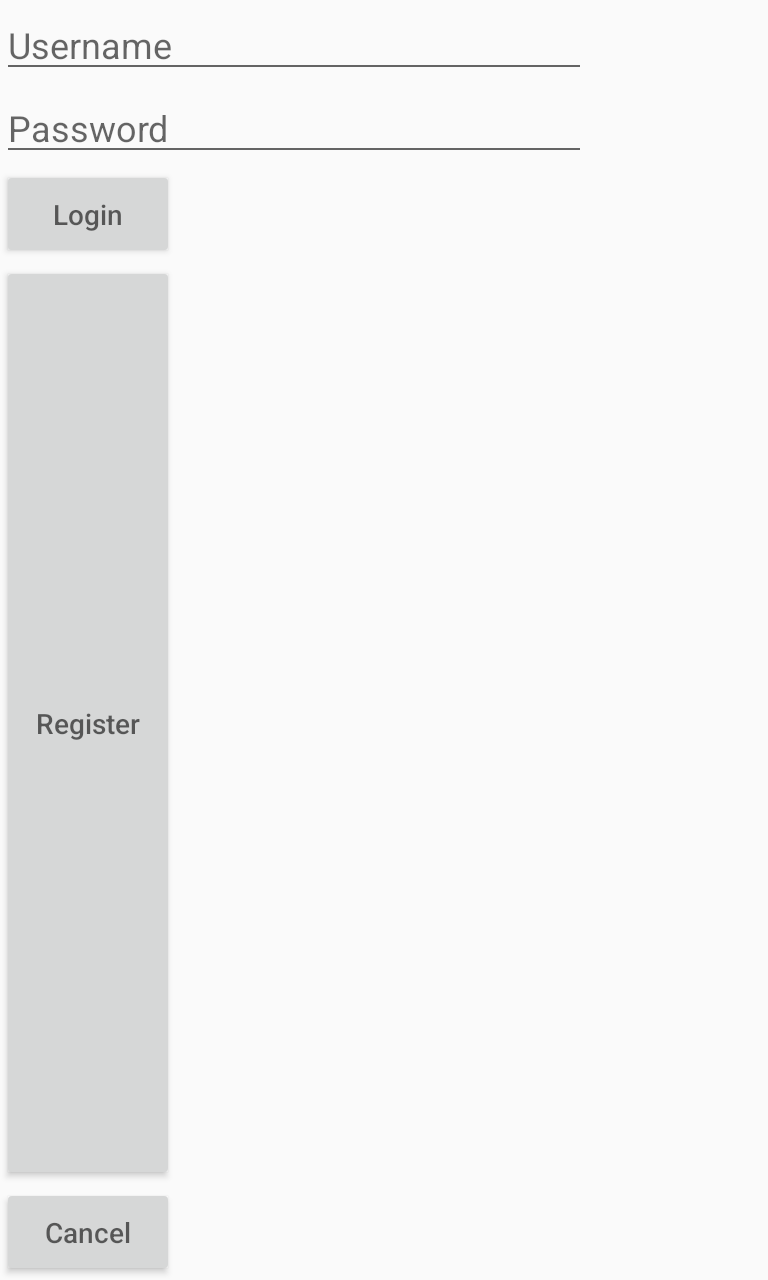
Repository: ostolz/androidteamworker
Layout: Android/TeamPlanBuch/res/layout/activity_login_screen.xml
The author's editor kept a copy of each file at every save. The layout is drawn from the files as they stood at one save, then again after the next save.
It is drawn on a 768 x 1280 px phone screen (xhdpi) without system bars, with theme AppTheme; the app's code is not run.

Above is the layout before, as saved 2014-05-08 10:38:32.

### Android/TeamPlanBuch/res/layout/activity_login_screen.xml
<GridLayout xmlns:android="http://schemas.android.com/apk/res/android"
    xmlns:tools="http://schemas.android.com/tools"
    android:id="@+id/container"
    android:layout_width="match_parent"
    android:layout_height="match_parent"
    android:orientation="vertical"
    tools:context="de.iconiaone.teamplanbuch.LoginScreen"
    tools:ignore="MergeRootFrame" >

    <EditText
        android:id="@+id/username"
        android:layout_width="294dp"
        android:layout_height="wrap_content"
        android:ems="10"
        android:hint="@string/username" />

    <EditText
        android:id="@+id/password"
        android:layout_width="294dp"
        android:layout_height="wrap_content"
        android:ems="10"
        android:hint="@string/password"
        android:inputType="textPassword" />

    <Button
        android:id="@+id/login"
        android:layout_width="wrap_content"
        android:layout_height="wrap_content"
        android:hint="@string/login" />

    <Button
        android:id="@+id/register"
        android:layout_width="wrap_content"
        android:layout_height="wrap_content"
        android:layout_gravity="center_vertical|fill_vertical"
        android:hint="@string/register" />

    <Button
        android:id="@+id/cancel"
        android:layout_width="wrap_content"
        android:layout_height="wrap_content"
        android:hint="@string/cancel" />

</GridLayout>

### Android/TeamPlanBuch/res/values/strings.xml
<?xml version="1.0" encoding="utf-8"?>
<resources>

    <string name="app_name">TeamPlanBuch</string>
    <string name="hello_world">Hello world!</string>
    <string name="action_settings">Settings</string>
    <string name="login">Login</string>
    <string name="username">Username</string>
    <string name="register">Register</string>
    <string name="cancel">Cancel</string>
    <string name="password">Password</string>

</resources>

Loaded but not shown: Android/TeamPlanBuch/res/values/styles.xml (common file); Android/TeamPlanBuch/res/values-v11/styles.xml (common file); Android/TeamPlanBuch/res/values-v14/styles.xml (common file)

After the next save:
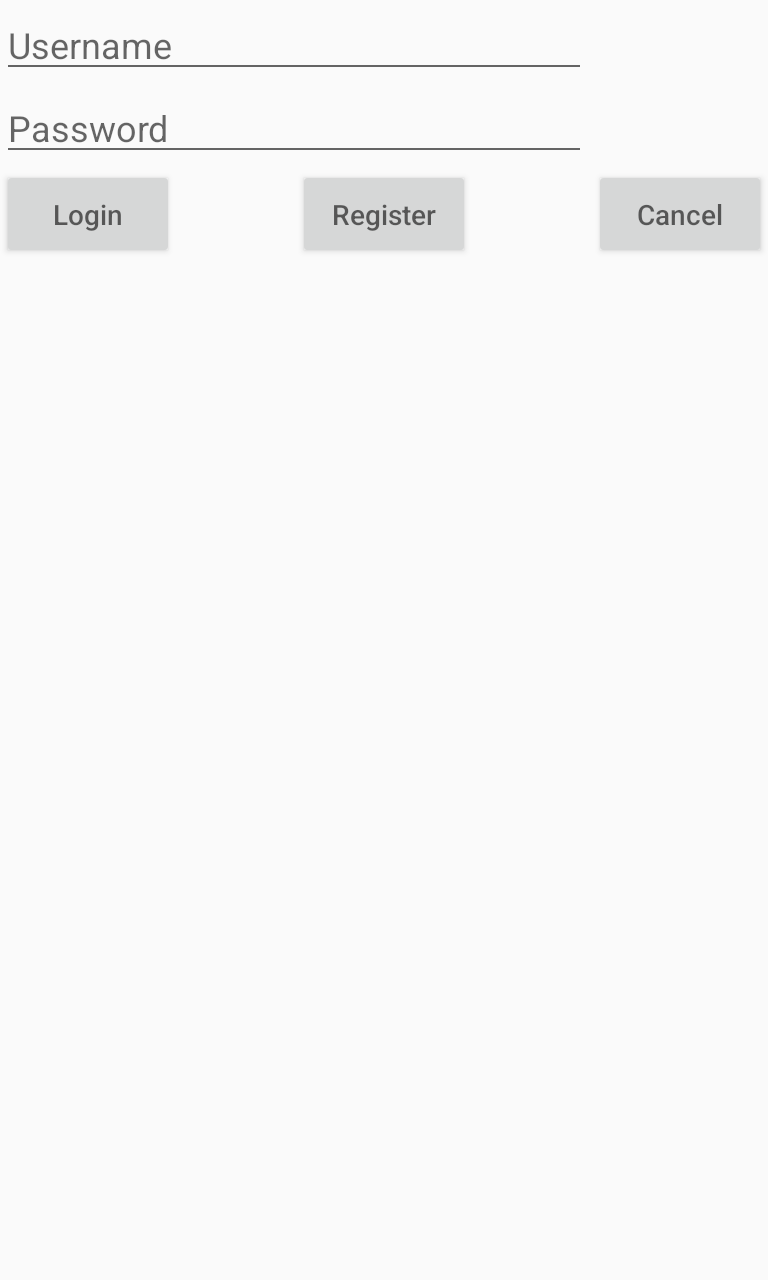
Saved 2 min 18 s later.
--- a/Android/TeamPlanBuch/res/layout/activity_login_screen.xml
+++ b/Android/TeamPlanBuch/res/layout/activity_login_screen.xml
@@ -3,6 +3,7 @@
     android:id="@+id/container"
     android:layout_width="match_parent"
     android:layout_height="match_parent"
+    android:columnCount="1"
     android:orientation="vertical"
     tools:context="de.iconiaone.teamplanbuch.LoginScreen"
     tools:ignore="MergeRootFrame" >
@@ -32,13 +33,18 @@
         android:id="@+id/register"
         android:layout_width="wrap_content"
         android:layout_height="wrap_content"
-        android:layout_gravity="center_vertical|fill_vertical"
+        android:layout_column="0"
+        android:layout_gravity="center_horizontal|top"
+        android:layout_row="2"
         android:hint="@string/register" />
 
     <Button
         android:id="@+id/cancel"
         android:layout_width="wrap_content"
         android:layout_height="wrap_content"
+        android:layout_column="0"
+        android:layout_gravity="right|top"
+        android:layout_row="2"
         android:hint="@string/cancel" />
 
 </GridLayout>
